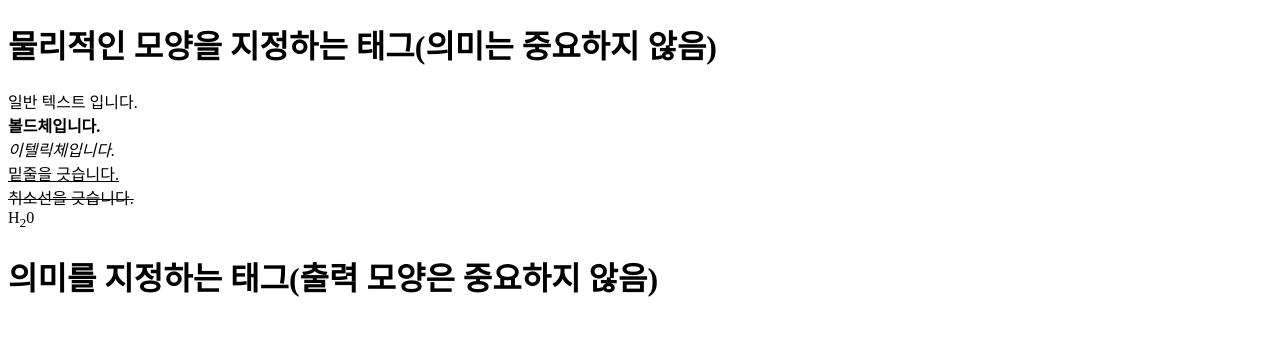
Repository: Chun0903/classStudy_github.io
Page: client/ClientTest/WebContent/ex09_style.html
The author's editor kept a copy of each file at every save. The page is drawn from the files as they stood at one save, then again after the next save.
The browser window is 1280 px wide. The pictures show the whole page.

Above is the page before, as saved 2020-06-19 00:44:38.

After the next save:
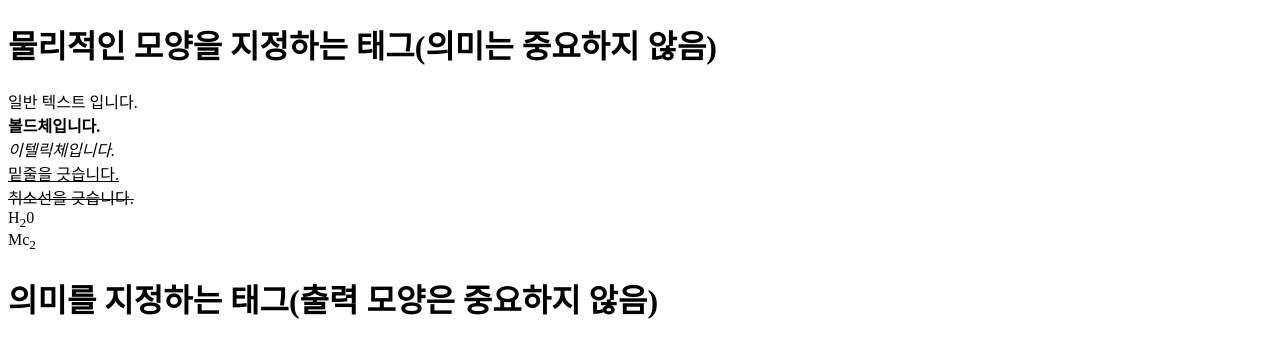
Saved 24 s later.
--- a/client/ClientTest/WebContent/ex09_style.html
+++ b/client/ClientTest/WebContent/ex09_style.html
@@ -16,6 +16,7 @@
 	<u>밑줄을 긋습니다.</u><br> <!-- underline -->
 	<strike>취소선을 긋습니다.</strike><br>
 	H<sub>2</sub>0<br> <!-- 밑첨자  -->
+	Mc<sub>2</sub><br>
 
 	<h1>의미를 지정하는 태그(출력 모양은 중요하지 않음)</h1>
 
